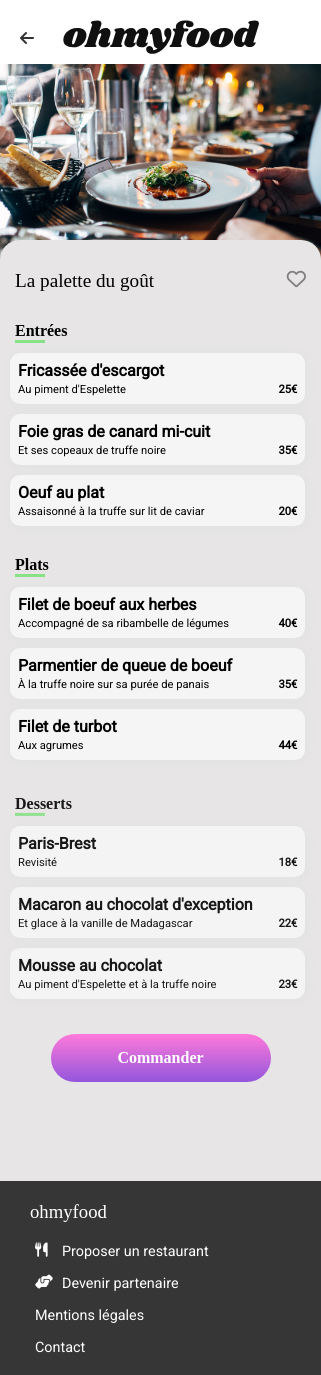
Repository: Micka-17/boimickael_3_16042021
Page: pages/la_palette_du_gout.html
The author's editor kept a copy of each file at every save. The page is drawn from the files as they stood at one save, then again after the next save.
The browser window is 321 px wide. The pictures show the whole page.
Some web fonts or font styles are not loaded; a fallback is used. Some web libraries are served in a nearby version. The style sheet was rebuilt from its Sass, Less or Tailwind sources for each picture, by a compiler version that may differ from the author's.

Above is the page before, as saved 2021-05-21 14:59:36.

### pages/la_palette_du_gout.html
<!DOCTYPE html>
<html lang="en">
<head>
    <meta charset="UTF-8">
    <meta http-equiv="X-UA-Compatible" content="IE=edge">
    <meta name="viewport" content="width=device-width, initial-scale=1.0">
    <link rel="stylesheet" href="../css/style.css">
    <script src="https://kit.fontawesome.com/7f2b024bdc.js" crossorigin="anonymous"></script>
    <title>La palette du gout</title>
</head>
<body class="p-ellipsis">
    <header>
        <div id="logo">
            <a href="../index.html">
                <i class="fas fa-arrow-left arrow"></i>
            </a>
            <img src="../images/logo/ohmyfood@2x.svg" alt="OhMyFood">
        </div>
    </header>
        <div>
            <img class="img-top" src="../images/restaurants/la_palette_du_gout.jpg" alt="la_palette_du_gout">
        </div>
    <section id="middle">
        <div id="center">
            <h2 id="margtitle">La palette du goût <i class="far fa-heart loves1"></i><i class="fas fa-heart loves2"></i></h2>
            <div id="entrees">
                <h4 class="titlemargall">Entrées</h4>
                <div class="responsive">
                    <div class="entrees">
                        <div class="spacediv">
                            <p class="bold">Fricassée d'escargot</p>
                            <p>Au piment d'Espelette</p>
                        </div>
                        <div class="align-price">
                            <p class="bolder">25€</p>
                        </div>
                        <div class="check">
                            <div class="rotation">
                                <i class="fas fa-check-circle rond"></i>
                            </div>
                        </div>
                    </div>
                    <div class="entrees">
                        <div class="spacediv">
                            <p class="bold">Foie gras de canard mi-cuit</p>
                            <p>Et ses copeaux de truffe noire</p>
                        </div>
                        <div class="align-price">
                            <p class="bolder">35€</p>
                        </div>
                        <div class="check">
                            <div class="rotation">
                                <i class="fas fa-check-circle rond"></i>
                            </div>
                        </div>
                    </div>
                    <div class="entrees">
                        <div class="spacediv">
                            <p class="bold">Oeuf au plat</p>
                            <p>Assaisonné à la truffe sur lit de caviar</p>
                        </div>
                        <div class="align-price">
                            <p class="bolder">20€</p>
                        </div>
                        <div class="check">
                            <div class="rotation">
                                <i class="fas fa-check-circle rond"></i>
                            </div>
                        </div>
                    </div>
                </div>
            </div>
            <div id="plats">
                <h4 class="titlemargall">Plats</h4>
                <div class="responsive">
                    <div class="plats">
                        <div class="spacediv">
                            <p class="bold">Filet de boeuf aux herbes</p>
                            <p>Accompagné de sa ribambelle de légumes</p>
                        </div>
                        <div class="align-price">
                            <p class="bolder">40€</p>
                        </div>
                        <div class="check">
                            <div class="rotation">
                                <i class="fas fa-check-circle rond"></i>
                            </div>
                        </div>
                    </div>
                    <div class="plats">
                        <div class="spacediv">
                            <p class="bold">Parmentier de queue de boeuf</p>
                            <p>À la truffe noire sur sa purée de panais</p>
                        </div>
                        <div class="align-price">
                            <p class="bolder">35€</p>
                        </div>
                        <div class="check">
                            <div class="rotation">
                                <i class="fas fa-check-circle rond"></i>
                            </div>
                        </div>
                    </div>
                    <div class="plats">
                        <div class="spacediv">
                            <p class="bold">Filet de turbot</p>
                            <p>Aux agrumes</p>
                        </div>
                        <div class="align-price">
                            <p class="bolder">44€</p>
                        </div>
                        <div class="check">
                            <div class="rotation">
                                <i class="fas fa-check-circle rond"></i>
                            </div>
                        </div>
                    </div>
                </div>
            </div>
            <div id="desserts">
                <h4 class="titlemargall">Desserts</h4>
                    <div class="responsive">
                        <div class="desserts">
                            <div class="spacediv">
                                <p class="bold">Paris-Brest</p>
                                <p>Revisité</p>
                            </div>
                            <div class="align-price">
                                <p class="bolder">18€</p>
                            </div>
                            <div class="check">
                                <div class="rotation">
                                    <i class="fas fa-check-circle rond"></i>
                                </div>
                            </div>
                        </div>
                        <div class="desserts">
                            <div class="spacediv">
                                <p class="bold">Macaron au chocolat d'exception</p>
                                <p>Et glace à la vanille de Madagascar</p>
                            </div>
                            <div class="align-price">
                                <p class="bolder">22€</p>
                            </div>
                            <div class="check">
                                <div class="rotation">
                                    <i class="fas fa-check-circle rond"></i>
                                </div>
                            </div>
                        </div>
                        <div class="desserts">
                            <div class="spacediv">
                                <p class="bold">Mousse au chocolat</p>
                                <p>Au piment d'Espelette et à la truffe noire</p>
                            </div>
                            <div class="align-price">
                                <p class="bolder">23€</p>
                            </div>
                            <div class="check">
                                <div class="rotation">
                                    <i class="fas fa-check-circle rond"></i>
                                </div>
                            </div>
                        </div>
                    </div>
            </div>
                <div id="placement-btn">
                    <a href="#" id="btnp2">Commander</a>
                </div>
        </div>
    </section>
    <section class="end1">
        <footer>
            <div class="end-ul">
                <h3 id="logo-white">ohmyfood</h3>
                <ul>
                    <li><i class="fas fa-utensils icon-footer"></i> Proposer un restaurant</li>
                    <li><i class="fas fa-hands-helping icon-footer"></i> Devenir partenaire</li>
                    <li>Mentions légales</li>
                    <a id="contact" href="mailto:contact@ohmyfood.com"><li>Contact</li></a>
                </ul>
            </div>
        </footer>
    </section>
</body>
</html>

### sass/style.scss
@import "./directories/Utils/variables-mixin";
@import "./directories/Base/main.scss";



ul {
    font-family: 'Roboto', sans-serif;
    font-size: 0.9em;
    @media (min-width: 430px) {
        max-width: 450px;
    }
        @media (min-width: 1000px) {
            display: flex;
            min-width: 100%;
        }
}

#backgroundloader {
    position: absolute;
    top: 0;
    left: 0;
    background-color: $color3;
    min-width: 100%;
    height: 100vh;
    animation: loader2 5s;
    animation-fill-mode: both;
  }
#loader {
    position: absolute;
    height: 70px;
    top: 50%;
    right: 50%;
    bottom: 50%;
    left: 50%;
    width: 64px;
    height: 64px;
    border-radius: 50%;
    border: 6px solid rgb(255, 255, 255);
    border-color: $color1 transparent $color2 transparent;
    animation: lds-dual-ring 0.8s infinite, loader 3s;
    animation-delay: 0.2s;
    animation-fill-mode: both;
  }

#contact {
    color: white;
}

.spacediv p {
    font-family: 'Roboto', sans-serif;
    text-overflow: ellipsis;
    overflow: hidden;
    white-space: nowrap;
}

#logo {
    display: flex;
    justify-content: center;
    margin-top: 20px;
    margin-bottom: 10px;
}

#paris {
    display: flex;
    justify-content: center;
    border-top: solid 3px rgba(128, 128, 128, 0.301);
    min-width: 321px;
    padding-top: 10px;
    padding-bottom: 10px;
    background-color: rgba(128, 128, 128, 0.212);
        .icon {
            margin-right: 10px;
        }
}

#reservation {
    display: flex;
    justify-content: center;
    flex-direction: column;
    place-items: center;
    background-color: rgb(238, 234, 234);
    padding-bottom: 45px;
        #btn {
            @include btn();
                &:hover {
                    filter: brightness(1.10);
                    box-shadow: 0px 0px 10px 5px gray;
                }
        }
}

#center-top1 {
    text-align: center;
    margin-top: 20px;
    max-width: 350px;
}

#center-top2 {
    margin-top: 20px;
    margin-bottom: 20px;
    text-align: center;
    max-width: 350px;
}


.icon-top {
    color: gray;
    margin-right: 15px;
    margin-left: 10px;
}

.icon-top-purple {
    color: $color1;
    margin-right: 15px;
    margin-left: 10px;
}

#li-3 {
    background-color: #9256dc36;
}

li {
    background-color: #ffffff;
    border-radius: 10px;
    padding: 18px;
    margin: 18px;
    margin-left: 25px;
    box-shadow: 1px 1px 10px 1px rgb(151, 145, 145);
        #number1 {
            position: absolute;
            top: 462px;
            left: 10px;
            background-color: $color1;
            border-radius: 50px;
            padding: 6px 10px;
            font-size: 0.8em;
            color: white;
                @media (min-width: 1000px) {
                    top: 472px;
                    left: 10px;
                }
        }
            #number2 {
                position: absolute;
                top: 534px;
                left: 10px;
                background-color: $color1;
                border-radius: 50px;
                padding: 6px 10px;
                font-size: 0.8em;
                color: white;
                    @media (min-width: 1000px) {
                        top: 472px;
                        left: 285px;
                    }
            }
                #number3 {
                    position: absolute;
                    top: 607px;
                    left: 10px;
                    background-color: $color1;
                    border-radius: 50px;
                    padding: 6px 10px;
                    font-size: 0.8em;
                    color: white;
                        @media (min-width: 1000px) {
                            top: 472px;
                            left: 553px;
                        }
                }
}

.card {
    background-color: #ffffff;
    border-radius: 10px;
    padding: 0px;
    margin: 8px;
    box-shadow: 1px 1px 10px 1px rgb(151, 145, 145);
        @media (min-width: 375px) {
            min-width: 350px;
        }
}

.imga {
    object-fit: cover;
    border-radius: 10px 10px 0px 0px;
    min-width: 280px;
    max-height: 140px;
    min-height: 140px;
    @media (min-width: 375px) {
        min-width: 100%;
    }
    @media (min-width: 414px) {
        min-width: 100%;
    }
}
.card {
    position: relative;
}
.nouveau {
    position: absolute;
    padding: 1rem;
    border-radius: 0.25rem;
    color: darkgreen;
    font-weight: bold;
    right: 10px;
    top: 10px;
    background-color: #99e2d0;
}

.h3s {
    margin: 40px 0px 10px 20px;

}

.choice {
    display: flex;
    flex-direction: column;
    place-items: center;
        .resto {
            display: flex;
            justify-content: space-between;
            align-items: center;
            margin: 10px;
        }
            @media (min-width: 630px) {
                flex-wrap: wrap;
                flex-direction: row;
                justify-content: center;
            }
}


footer {
    margin-top: 30px;
    padding: 10px;
    background-color: rgb(54, 54, 54);
    color: white;
        #logo-white {
            font-family: 'Shrikhand', cursive;
            font-weight: 300;
            margin-bottom: 15px;
            margin-left: 20px;
            margin-top: 10px;
        }
            li {
                background-color: transparent;
                border-radius: 0;
                padding: 5px;
                margin-left: 20px;
                box-shadow: none;
                display: flex;
                margin-top: 5px;
                margin-bottom: 5px;
            }
                .icon-footer {
                    max-width: 2px;
                    max-height: 2px;
                    margin-right: 25px;
                }
                    @media (min-width:1000px) {
                        padding: 40px;
                    }
}


//pages 2

.img-top {
    min-width: 100%;
    max-height: 510px;
}

.arrow {
    position: absolute;
    left: 20px;
    top: 30px;
    color: rgba(0, 0, 0, 0.801);
}
#margtitle {
    margin-left: 15px;
    max-width: 220px;
}
img {
    object-fit: cover;
    max-width: 320px;
}
.titlemargall {
    margin-top: 30px;
    margin-left: 15px;
    border-bottom: solid rgba(55, 224, 55, 0.541);
    max-width: 30px;
}
#middle {
    position: absolute;
    top: 240px;
    min-width: 100%;
    min-height: 980px;
    background-color: rgb(231, 229, 229);
    border-radius: 20px 20px 0px 0;
    padding-top: 30px;
     .entrees {
        @include centre();
        @include capsule();
     }
        .bold {
            font-weight: bold;
            font-size: 1em;
        }
        .bolder {
            font-weight: bold;
            font-size: 0.6m;
                @media (min-width: 1000px) {
                    margin: 15px;
                }
        }
            p {
                font-size: 0.7em;
            }
                .loves1 {
                    position: absolute;
                    right: 15px;
                    color: gray
                }
}

.loves2 {
    display: none;
    opacity: 0;
    background: linear-gradient(0deg,#9356dc,#ff79da);
    background-clip: text;
    -webkit-background-clip: text;
    -moz-background-clip: text;
    -webkit-text-fill-color: transparent;
    position: absolute;
    right: 15px;
}
#margtitle:hover .loves2 {
    animation: fadeout;
    opacity: 1;
    animation-duration: .5s;
    display: inline-block;
    justify-content: center;
}

.loves3 {
    display: none;
    opacity: 0;
    background: linear-gradient(0deg,#9356dc,#ff79da);
    background-clip: text;
    -webkit-background-clip: text;
    -moz-background-clip: text;
    -webkit-text-fill-color: transparent;
    position: absolute;
    right: 8px;
    bottom: 18px;
}
.card:hover .loves3 {
    animation: fadeout2;
    opacity: 1;
    animation-duration: .5s;
    display: inline-block;
    justify-content: center;
    font-size: 1.5em;
}

#entrees {
    animation: slideup 1s;
    animation-duration: 1s;
}
#plats {
    animation: slideup 1s;
    animation-duration: 5s;
}
#desserts {
    animation: slideup 1s;
    animation-duration: 8s;
}


.entrees, .plats, .desserts {
    cursor: pointer;
        @media (max-width:321px) {
            width: 92%;
        }
        @media (max-width:378px) {
            max-width: 100%;
        }
        @media (max-width:414px) {
            max-width: 100%;
        }
        @media (min-width: 1000px) {
            min-width: 30%;
            min-height: 90px;
            width: 100%;
        }
}

.spacediv {
    width: 100%;
    overflow: hidden;
    @include spacediv();
        @media (min-width: 1000px) {
            justify-content: space-evenly;
        }
}
.plats {
    @include capsule();
    @include centre();
}
.desserts {
    @include capsule();
    @include centre();
}

.responsive {
    @media (min-width: 1000px) {
        display: flex;
        justify-content: center;
    }
}

.responsive-entrees {
    @media (min-width: 1000px) {
        display: flex;
        justify-content: center;
        flex-wrap: wrap;
    }
}

#btnp2 {
    @include btn();
    margin-top: 30px;
        &:hover {
            filter: brightness(1.10);
            box-shadow: 0px 0px 10px 5px gray;
        }
}

#placement-btn {
    display: flex;
    justify-content: center;
    place-items: center;
}

.end1 {
    position: absolute;
    top: 1151px;
    min-width: 100%;
}

//page la note enchantee

 .align-price{
    display: flex;
    align-items: flex-end;
    margin-bottom: 8px;
    margin-right: 8px;
}

.check {
    width: 0px;
    transition-duration: 1s;
    font-size: 1.5em;
     & i {
        display: none;
        place-items: center;
        color: white;
     }
}

.entrees:hover .check {
    width: 90px;
    height: 51px;
    background-color: $color3;
    display: flex;
    justify-content: center;
    border-radius: 0 20% 20% 0;
        @media (max-width: 1000px) {
            width: 65px;
        }
            & .rotation {
                display: flex;
                place-items: center;
            }
                & .rond {
                    display: flex;
                    place-items: center;
                    transform-origin: center;
                    animation: spin;
                    animation-duration: 1s;
                }
                    @media (min-width: 1000px) {
                        height: 90px;
                        border-radius: 0 10% 10% 0;
                    }
}


.plats:hover .check {
    width: 90px;
    height: 51px;
    background-color: $color3;
    display: flex;
    justify-content: center;
    border-radius: 0 20% 20% 0;
        @media (max-width: 1000px) {
            width: 65px;
        }
            & .rotation {
                display: flex;
                place-items: center;
            }
                & .rond {
                    display: flex;
                    place-items: center;
                    transform-origin: center;
                    animation: spin;
                    animation-duration: 1s;
                }
                    @media (min-width: 1000px) {
                        height: 90px;
                        border-radius: 0 10% 10% 0;
                    }
}

.desserts:hover .check {
    width: 90px;
    height: 51px;
    background-color: $color3;
    display: flex;
    justify-content: center;
    border-radius: 0 20% 20% 0;
        @media (max-width: 1000px) {
            width: 65px;
        }
            & .rotation {
                display: flex;
                place-items: center;
            }
                & .rond {
                    display: flex;
                    place-items: center;
                    transform-origin: center;
                    animation: spin;
                    animation-duration: 1s;
                }
                    @media (min-width: 1000px) {
                        height: 90px;
                        border-radius: 0 10% 10% 0;
                    }
}

### sass/directories/Utils/_variables-mixin.scss
$color1: #9356DC;
$color2: #FF79DA;
$color3: #99E2D0;

@mixin centre {
    display: flex;
    justify-content: space-between;
}

@mixin capsule {
    background-color: whitesmoke;
    border-radius: 10px;
    box-shadow: 1px 1px 10px 1px rgb(226, 226, 226);
    margin: 10px;
    overflow: hidden;
}
 @mixin spacediv {
    min-height: 35px;
    display: flex;
    flex-direction: column;
    justify-content: space-between;
    padding: 8px;
 }
@mixin btn {
    background: linear-gradient($color2, $color1);
    border-radius: 50px;
    border: none;
    box-shadow: gray;
    color: white;
    font-weight: bold;
    max-width: 200px;
    min-width: 200px;
    margin-top: 15px;
    padding: 15px 10px;
    text-align: center;
    text-decoration: none
}

@keyframes fadein {
    from {
        transform: scaleX(0);
    }

    to {
        transform: scaleX(1);
    }
}

@keyframes fadeout {
    from {
        transform: scaleY(0);
    }

    to {
        transform: scaleY(1);
    }
}
@keyframes fadeout2 {
    from {
        transform: scale(0);
    }

    to {
        transform: scale(1.5);
    }
}

@keyframes spin {
    from {
        transform: rotate(0deg);
    } to {
        transform: rotate(360deg);
    }
}

@keyframes slideup {
    from {
        transform: translateY(50px);
        opacity: 0;
    }
    to {
        transform: translateY(0px);
        opacity: 1;
    }
}


 @keyframes lds-dual-ring {
    0% {
      transform: rotate(0deg);
    }
    50% {
        transform: rotate(180deg);
        opacity: 10%;
      }
    100% {
      transform: rotate(360deg);
    }
  }

@keyframes loader {
    95% {
    opacity: 10%;
    }
    85% {
        opacity: 50%;
    }
    100% {
        opacity: 0;
        z-index: -1000;
    }
}

@keyframes loader2 {
    0% {
    opacity: 100%;
    z-index: 9999;
    }
    99% {
        opacity: 0;
        z-index: -1000;
    }
    100% {
        opacity: 0;
        z-index: -1000;
    }
}

### sass/directories/Base/main.scss
@import url('https://fonts.googleapis.com/css2?family=Roboto&family=Shrikhand&display=swap');

* {
    margin: 0;
    padding: 0;
    text-decoration: none;
    list-style-type: none;
}
#margtitle {
    font-family: Shrikhand;
    font-weight: 100;
    font-size: 1.2em;
}
p {
    font-family: 'Roboto', sans-serif;
}
a {
    text-decoration: none;
    list-style: none;
    color: rgb(0, 0, 0);
}

After the next save:
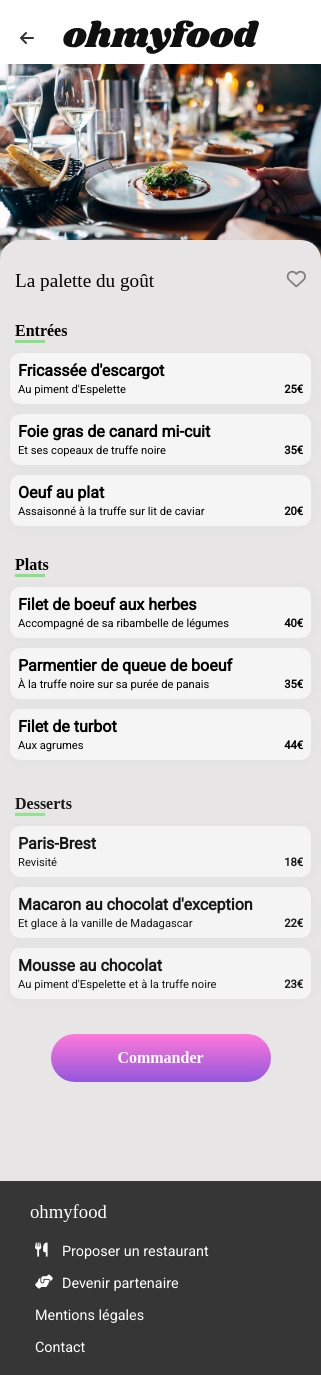
Saved 11 s later.
--- a/sass/style.scss
+++ b/sass/style.scss
@@ -381,7 +381,7 @@ img {
 .entrees, .plats, .desserts {
     cursor: pointer;
         @media (max-width:321px) {
-            width: 92%;
+            max-width: 100%;
         }
         @media (max-width:378px) {
             max-width: 100%;
